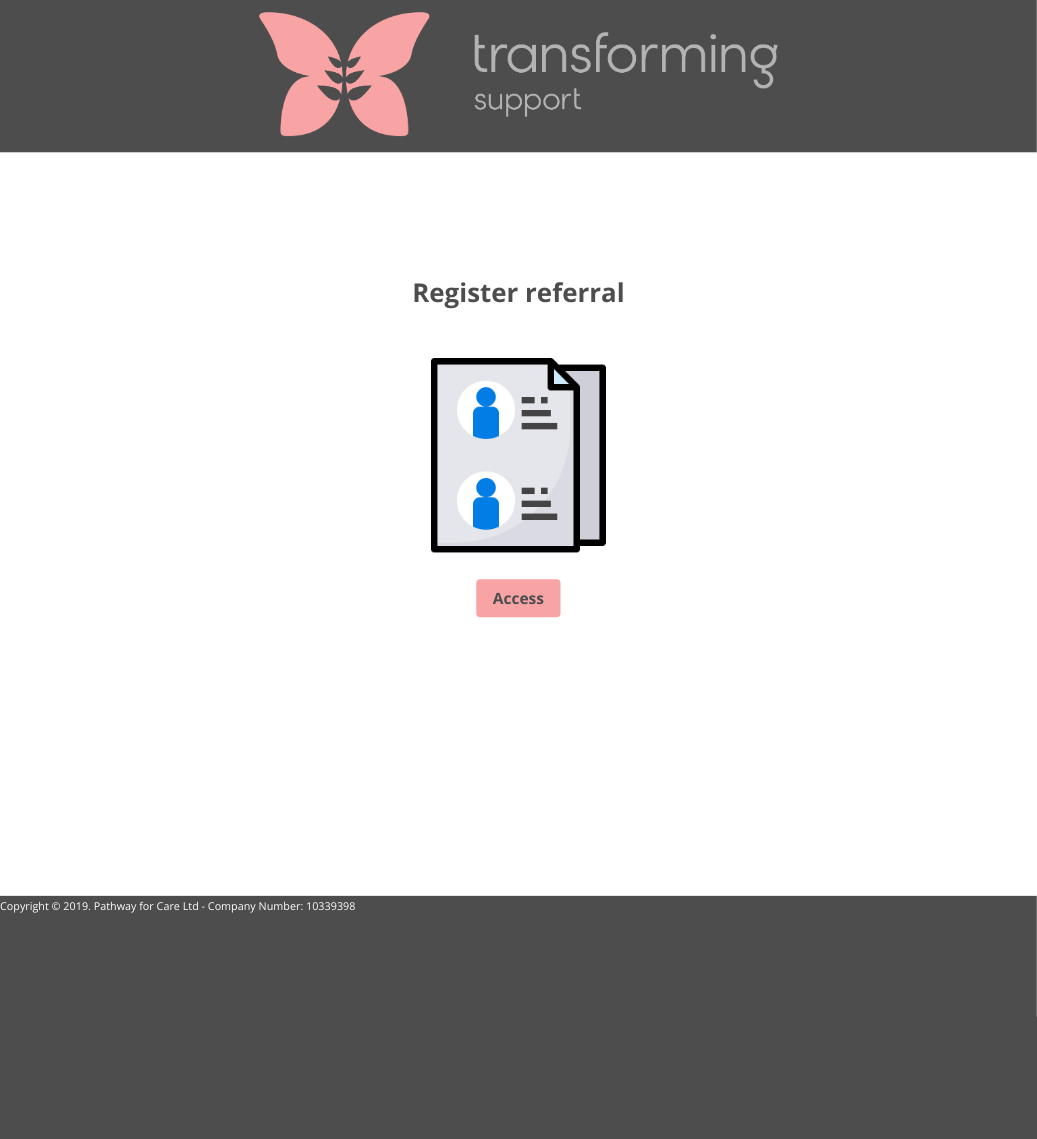
Repository: israelrodriguees/QAactivity
Page: http://localhost/referral/index.jsp
The author's editor kept a copy of each file at every save. The page is drawn from the files as they stood at one save, then again after the next save.
The browser window is 1280 px wide. The pictures show the whole page, at 81% of full size.
The page is served by Tomcat 9.

Above is the page before, as saved 2021-09-08 15:15:33.

After the next save:
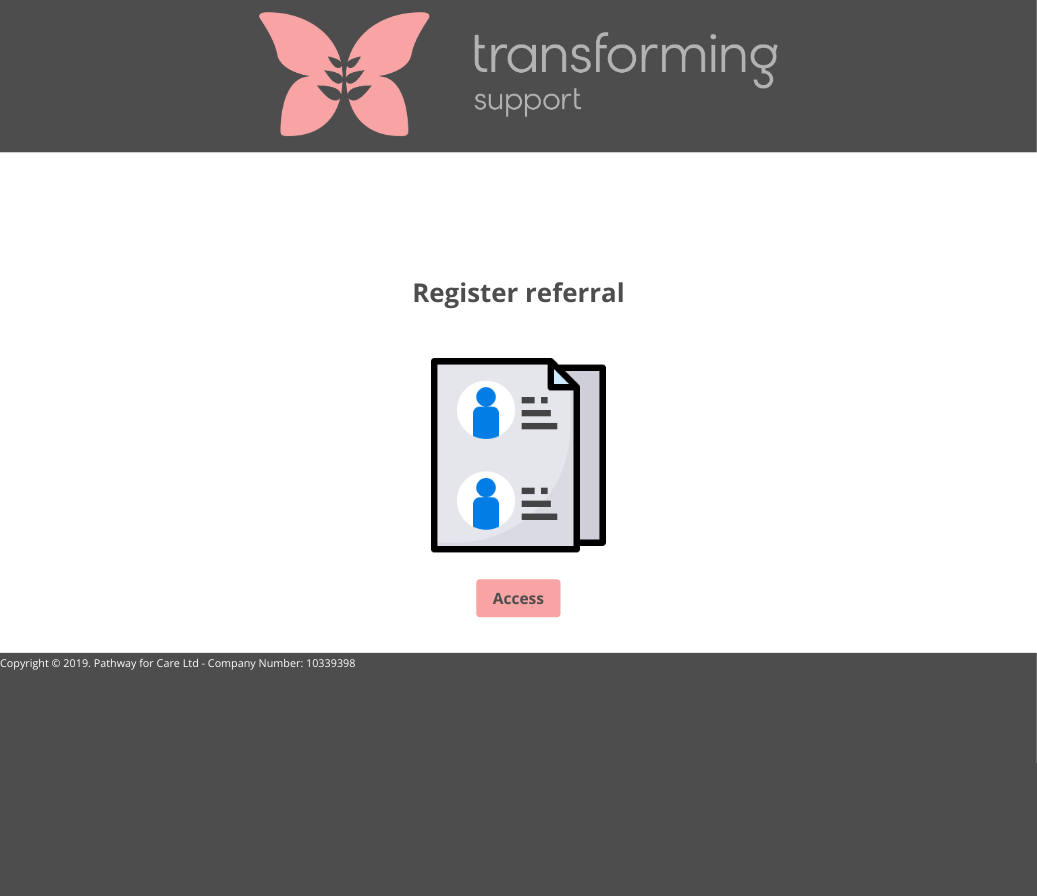
Saved 10 s later.
--- a/referral/src/main/webapp/style.css
+++ b/referral/src/main/webapp/style.css
@@ -37,7 +37,7 @@
 #page {
 	display: grid;
 	grid-template-columns: 1fr;
-	grid-template-rows: 300px 800px 300px;
+	grid-template-rows: 300px 500px 300px;
 	grid-gap: 3px;
 	width: 100vw;
 	height: 100vh;
